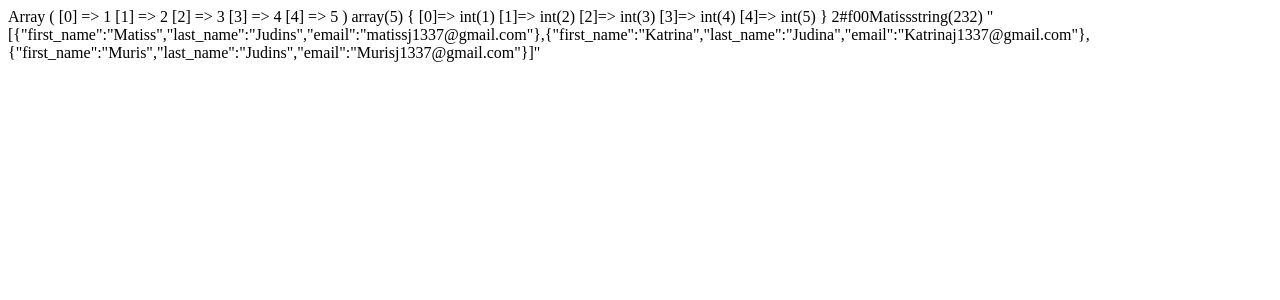
Repository: Matiss1337/PHP
Page: http://localhost/03_arrays.php
These files come from the project's save history. The page is drawn as it stood at one moment and after the next save; the edit follows.
The browser window is 1280 px wide. The pictures show the whole page.
The page is run by PHP 8.4 with error messages shown; the project is at /var/www/html/.

Above is the page before, as saved 2023-02-14 10:45:28.

### 03_arrays.php
<?php
$numbers = [1, 2, 3, 4, 5];

print_r($numbers);
var_dump($numbers);
echo $numbers[1];

//asociate arrays

$hex = [
  'red' => '#f00',
  'green' => '#0f0',
  'blue' => '#00f',
];

echo $hex['red'];

$person = [
    "first_name" => "Matiss",
    "last_name" => "Judins",
    "email" => "matissj1337@gmail.com",
];

echo $person["first_name"];


$people = [
    [
    "first_name" => "Matiss",
    "last_name" => "Judins",
    "email" => "matissj1337@gmail.com",
    ],
    [
    "first_name" => "Katrina",
    "last_name" => "Judina",
    "email" => "Katrinaj1337@gmail.com",
    ],
    [
    "first_name" => "Muris",
    "last_name" => "Judins",
    "email" => "Murisj1337@gmail.com",
]
];
// targets 1st by id in array and echos name value
// echo $people[1]["first_name"];

var_dump(json_encode($people));

After the next save:
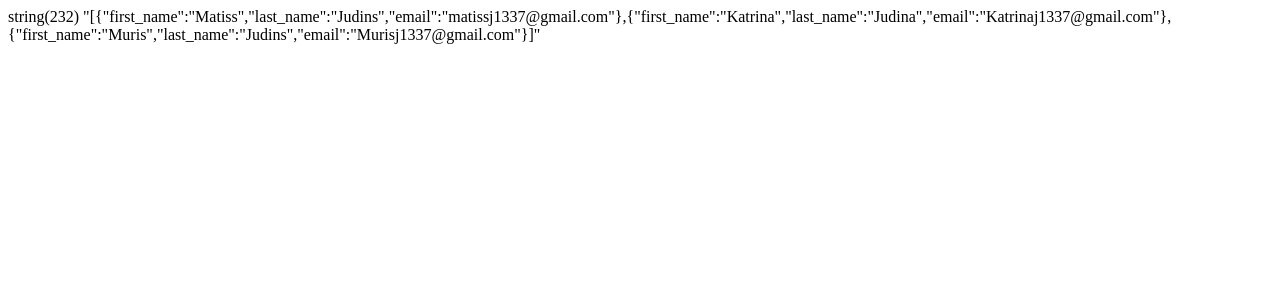
Saved 9 s later.
--- a/03_arrays.php
+++ b/03_arrays.php
@@ -1,27 +1,27 @@
 <?php
-$numbers = [1, 2, 3, 4, 5];
+// $numbers = [1, 2, 3, 4, 5];
 
-print_r($numbers);
-var_dump($numbers);
-echo $numbers[1];
+// print_r($numbers);
+// var_dump($numbers);
+// echo $numbers[1];
 
-//asociate arrays
+// //asociate arrays
 
-$hex = [
-  'red' => '#f00',
-  'green' => '#0f0',
-  'blue' => '#00f',
-];
+// $hex = [
+//   'red' => '#f00',
+//   'green' => '#0f0',
+//   'blue' => '#00f',
+// ];
 
-echo $hex['red'];
+// echo $hex['red'];
 
-$person = [
-    "first_name" => "Matiss",
-    "last_name" => "Judins",
-    "email" => "matissj1337@gmail.com",
-];
+// $person = [
+//     "first_name" => "Matiss",
+//     "last_name" => "Judins",
+//     "email" => "matissj1337@gmail.com",
+// ];
 
-echo $person["first_name"];
+// echo $person["first_name"];
 
 
 $people = [

After the save that followed:
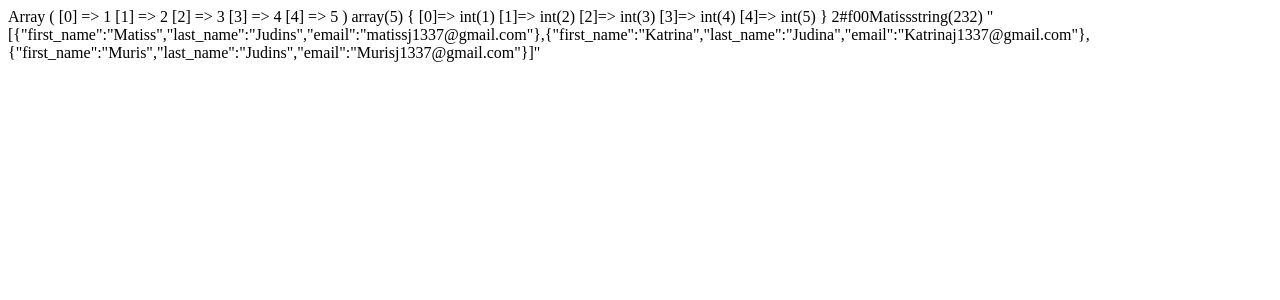
Saved 57 s later.
--- a/03_arrays.php
+++ b/03_arrays.php
@@ -1,27 +1,27 @@
 <?php
-// $numbers = [1, 2, 3, 4, 5];
+$numbers = [1, 2, 3, 4, 5];
 
-// print_r($numbers);
-// var_dump($numbers);
-// echo $numbers[1];
+print_r($numbers);
+var_dump($numbers);
+echo $numbers[1];
 
-// //asociate arrays
+//asociate arrays
 
-// $hex = [
-//   'red' => '#f00',
-//   'green' => '#0f0',
-//   'blue' => '#00f',
-// ];
+$hex = [
+  'red' => '#f00',
+  'green' => '#0f0',
+  'blue' => '#00f',
+];
 
-// echo $hex['red'];
+echo $hex['red'];
 
-// $person = [
-//     "first_name" => "Matiss",
-//     "last_name" => "Judins",
-//     "email" => "matissj1337@gmail.com",
-// ];
+$person = [
+    "first_name" => "Matiss",
+    "last_name" => "Judins",
+    "email" => "matissj1337@gmail.com",
+];
 
-// echo $person["first_name"];
+echo $person["first_name"];
 
 
 $people = [
